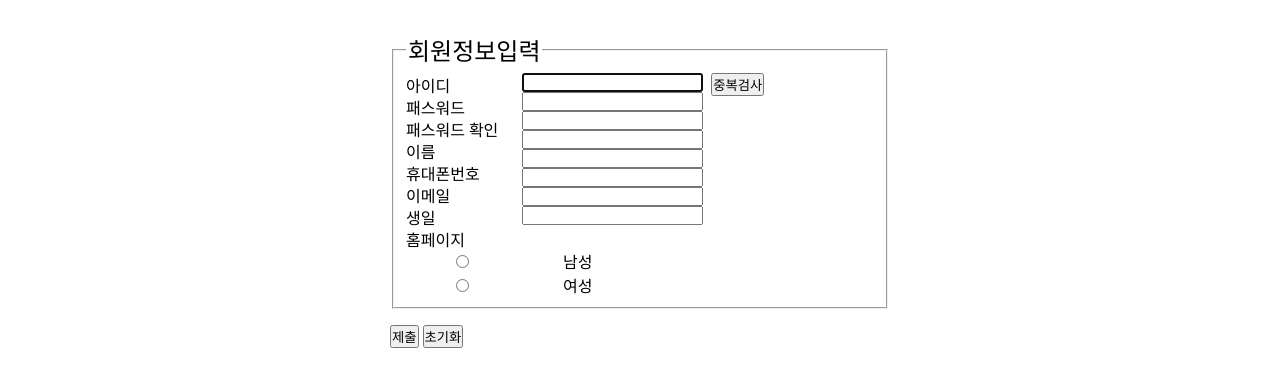
Repository: saysang22/servlet
Page: http://localhost/BookMarket/validationExample.jsp
The author's editor kept a copy of each file at every save. The page is drawn from the files as they stood at one save, then again after the next save.
The browser window is 1280 px wide. The pictures show the whole page.
The page is served by Tomcat 10.

Above is the page before, as saved 2024-05-31 08:13:58.

After the next save:
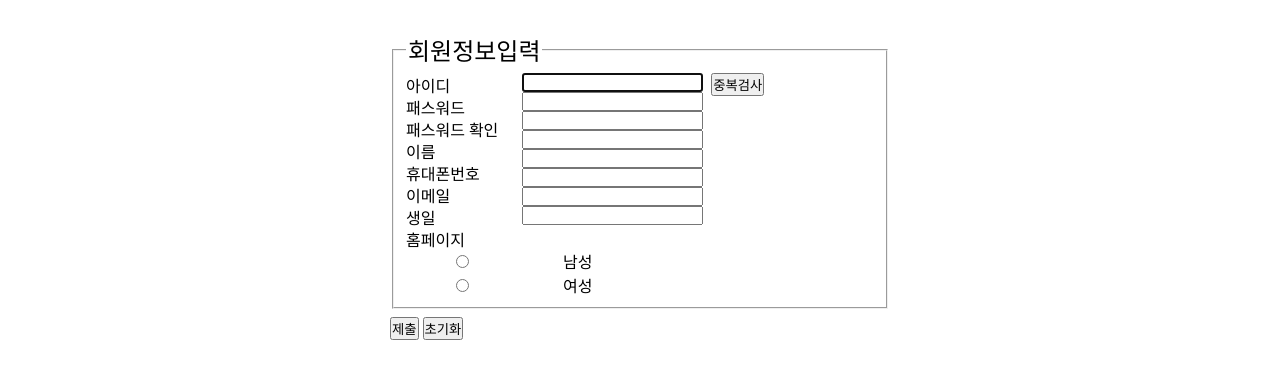
Saved 8 s later.
--- a/BookMarket/src/main/webapp/resources/css/validationExample.css
+++ b/BookMarket/src/main/webapp/resources/css/validationExample.css
@@ -54,5 +54,5 @@ ul {
 }
 
 .buttonWrap {
-	margin: 1rem 0 0 0;
+	margin: .5rem 0 0 0;
 }
